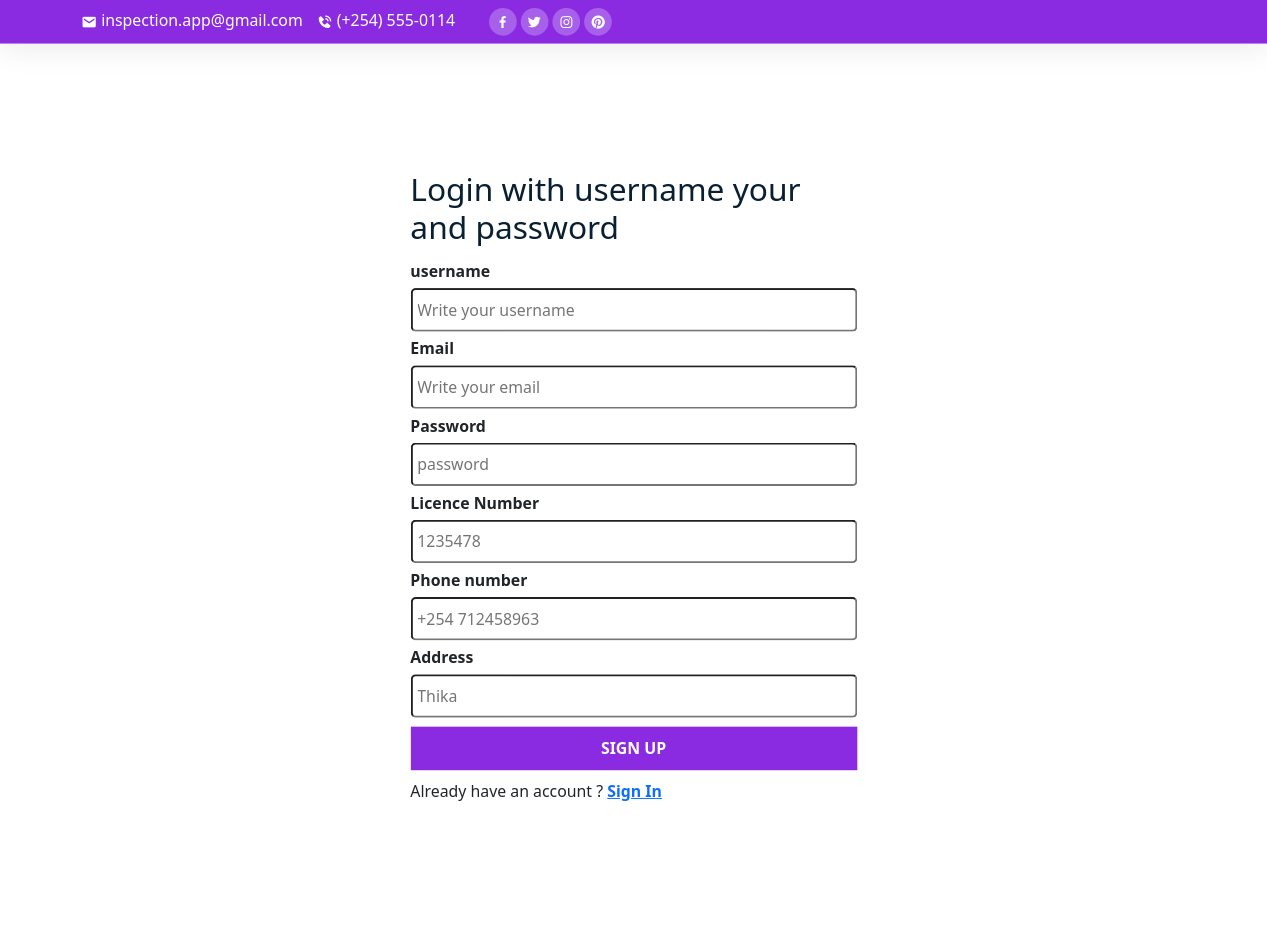
Repository: NDISHAW/Inspectionapp-rails
Page: public/signup.html
An editor plug-in stored every save of this project. The page is shown before and after the next save, followed by the edit.
The browser window is 1280 px wide. The pictures show the whole page, at 99% of full size.

Above is the page before, as saved 2022-10-09 04:46:45.

### public/signup.html
<!DOCTYPE html>
<html lang="en">
  <head>
    <meta charset="UTF-8" />
    <meta http-equiv="X-UA-Compatible" content="IE=edge" />
    <meta name="viewport" content="width=device-width, initial-scale=1.0" />
    <title>Sign up</title>
    <link rel="stylesheet" href="css/style.css">
    <link rel="stylesheet" href="css/bootstrap.min.css">
    <link rel="stylesheet" href="css/owl.carousel.min.css">
    <link rel="stylesheet" href="css/owl.theme.default.min.css">
    <link href='https://unpkg.com/boxicons@2.1.1/css/boxicons.min.css' rel='stylesheet'>

    <script src="/js/axios/dist/axios.min.js"></script>
  </head>
  <body data-bs-spy="scroll" data-bs-target=".navbar" data-bs-offset="70">


      <!-- TOP NAV -->
      <div class="top-nav navbar" id="home">
          <div class="container">
              <div class="row justify-content-between">
                  <div class="col-auto">
                      <p> <i class='bx bxs-envelope'></i> inspection.app@gmail.com</p>
                      <p> <i class='bx bxs-phone-call'></i> (+254) 555-0114</p>
                  </div>
                  <div class="col-auto social-icons">
                      <a href="#"><i class='bx bxl-facebook'></i></a>
                      <a href="#"><i class='bx bxl-twitter'></i></a>
                      <a href="#"><i class='bx bxl-instagram'></i></a>
                      <a href="#"><i class='bx bxl-pinterest'></i></a>
                  </div>
              </div>
          </div>
      </div>

    <section id="about">
      <div class="container">
        <div class="row justify-content-center">
          <div class="col-lg-5 py-5">
            <div class="row">
              <h2>Login with username your and password</h2>
              <div class="col-12">
      <!-- username  -->
      <div class="username">
        <label for="username">username</label>
        <input
          type="username"
          name="username"
          id="username"
          placeholder="Write your username"
        />
      </div>
      <!-- Email  -->
      <div class="email">
        <label for="email">Email</label>
        <input
          type="email"
          name="email"
          id="email"
          placeholder="Write your email"
        />
      </div>
      <!-- passWord -->
      <div class="pass">
        <label for="password">Password</label>
        <input
          type="password"
          name="password"
          id="password"
          placeholder="password"
        />
      </div>
      <!-- licence_no -->
      <div class="pass">
        <label for="licence_no">Licence Number</label>
        <input
          name="licence_no"
          id="licence_no"
          placeholder="1235478"
        />
      </div>

      <!-- phone -->
      <div class="pass">
        <label for="phone">Phone number</label>
        <input
          name="phone"
          id="phone"
          placeholder="+254 712458963"
        />
      </div>

      <!-- address -->
      <div class="pass">
        <label for="address">Address</label>
        <input
          type="address"
          name="address"
          id="address"
          placeholder="Thika"
        />
      </div>
      <!-- Rails button -->
      <!-- <button id="submit-btn" onclick="rails()">Rails test</button> -->
      <!-- Sign Up button -->
      <button id="submit-btn" onclick="signUp();">Sign Up</button>
      <!-- Sign In option -->
      <p>Already have an account ?</p>
      <span><a href="signIn.html">Sign In</a></span>
    </div>
    </div>
    </div>
    </section>
  </div>
    <script src="main.js"></script>
  </body>
</html>

### public/css/style.css
@import url('https://fonts.googleapis.com/css2?family=Barlow:wght@400;500;600;700&display=swap');

:root {
    --brand: blueviolet;
    --dark: #092032;
    --body: #516171;
    --border: rgba(0,0,0,0.08);
    --shadow: 0px 6px 30px rgba(0, 0, 0, 0.08);

}

body {
    font-family: "Barlow", sans-serif;
    color: var(--body);
    line-height: 1.7;
}

h1,h2,h3,h4,h5,h6,
.display-1,.display-2,.display-3,.display-4 {
    font-weight: 700;
    color: var(--dark);
}

.bg-cover {
    background-size: cover;
    background-position: center;
    background-repeat: no-repeat;
}

img {
    width: 100%;
}

a {
    color: var(--dark);
    transition: all 0.4s ease;
    font-weight: 500;
}

a:hover {
    color: var(--brand);
}

section {
    padding-top: 80px;
    padding-bottom: 80px;
}

.text-brand {
    color: var(--brand) !important;
}


.hero-slider .owl-prev,
.hero-slider .owl-next{
    background-color: rgba(255, 255, 255, 0.3) !important;
    width: 60px !important;
    height: 60px !important;
    display: block;
    display: grid;
    place-items: center;
    color: #fff !important;
    border-radius: 100px;
    line-height: 0;
    border-radius: 100px !important;
    position: absolute;
    top: 50%;
    font-weight: 600 !important;
    font-size: 12px !important;
    transition: all 0.4s ease;
    margin-top: -30px !important;
}

.owl-prev {
    left: 0;
}
.owl-next {
    right: 0;
}

.hero-slider .owl-prev:hover,
.hero-slider .owl-next:hover {
    background-color: var(--brand) !important;
}

.owl-dot.active span{
    background-color: var(--brand) !important;
}


 /* slide */
 .slide {
     min-height: 100vh;
     display: flex;
     align-items: center;
     justify-content: center;
     position: relative;
}

.slide1 {
    background: linear-gradient(rgba(0, 0, 0, 0.4), rgba(0, 0, 0, 0.4)), url(../img/mec2.jpg);
    background-size: cover;
    background-position: center;
    background-repeat: no-repeat;
}

.slide2 {
    background: linear-gradient(rgba(0, 0, 0, 0.4), rgba(0, 0, 0, 0.4)), url(../img/world3.jpg);
    background-size: cover;
    background-position: center;
    background-repeat: no-repeat;
}

.slide .display-3 {
    text-transform: uppercase;
    color: #fff;
}

/* navbar */
.top-nav {
    background-color: var(--brand);
    color: #fff;
    padding-top: 5px;
    padding-bottom: 5px;
}

.top-nav p {
    display: inline-block;
    margin-bottom: 0;
    margin-right: 10px;
}

.top-nav span,
.top-nav i {
    vertical-align: middle;
}

.navbar {
    box-shadow: var(--shadow);
}

.social-icons a {
    width: 28px;
    height: 28px;
    display: inline-flex;
    color: #fff;
    background-color: rgba(255, 255, 255, 0.25);
    text-decoration: none;
    align-items: center;
    justify-content: center;
    border-radius: 100px;
}

.social-icons a:hover {
    background-color: #fff;
    color: var(--brand);
}

.navbar .navbar-nav .nav-link {
    color: var(--dark);
}

.navbar .navbar-nav .nav-link:hover {
    color: var(--brand);
}

.navbar .navbar-nav .nav-link.active {
    color: var(--brand);
}

.navbar-brand {
    font-size: 28px;
    font-weight: 700;
}

.navbar-brand .dot {
    color: var(--brand);
}

.btn {
    padding: 8px 26px;
}

.btn-brand {
    border-color: var(--brand);
    background-color: var(--brand);
    color: #fff;
}

.btn-brand:hover {
    background-color: #d64022;
    border-color: #d64022;
    color: #fff;
}

.intro {margin-bottom: 36px;
text-align: center;}

.intro p {
    max-width: 500px;
}
.intro h6{
    color: var(--brand);
    font-weight: 400;
    text-transform: uppercase;
}

.intro h1 {
    margin-top: 15px;
    margin-bottom: 15px;
}

.info-box {
    align-items: center;
    display: flex;
}

.info-box img {
    width: 90px;
}


#milestone {
    background: linear-gradient(rgba(136, 42, 143, 0.85), rgba(48, 181, 123, 0.85)), url(../img/inspe.jpg);
    background-size: cover;
    background-position: center;
    background-repeat: no-repeat;
}

#milestone h1,
#milestone p {
    color: #fff;
}

.service {
    padding: 32px;
    background-color: #fff;
    box-shadow: var(--shadow);
}

.service h5 {
    margin-top: 24px;
    margin-bottom: 14px;
}

.service img {
    width: 90px;
}


.project {
    position: relative;
    overflow: hidden;
    z-index: 2;
}

.project h6 {
    font-weight: 400;
}

.project h6::before {
    content: "";
    height: 2px;
    width: 30px;
    display: inline-block;
    background: var(--brand);
    vertical-align: middle;
    margin-right: 10px;
}


.project .overlay {
    width: 100%;
    height: 220px;
    position: absolute;
    bottom: 0;
    left: 0;
    background: linear-gradient(180deg, rgba(255, 76, 41, 0) 0%, var(--dark) 100%);
}

.project .content {
    position: absolute;
    left: 10%;
    bottom: 10%
}

.project h2,
.project h6 {
    color: #fff;
}

.team-member {
    text-align: center;
}

.team-member .image{
    position: relative;
    z-index: 2;
    overflow: hidden;
}

.team-member .overlay {
    width: 100%;
    height: 100%;
    position: absolute;
    left: 0;
    top: -10%;
    background-color: rgba(255, 77, 41, 0.7);
    opacity: 0;
    transition: all 0.4s ease;
}

.team-member h5 {
    margin-top: 16px;
    margin-bottom: 4px;
}

.team-member .social-icons {
    position: absolute;
    top: 60%;
    left: 50%;
    transform: translate(-50%, -50%);
    z-index: 2;
    opacity: 0;
    transition: all 0.4s ease;
}

.team-member .social-icons a {
    width: 40px;
    height: 40px;
}

.team-member:hover .social-icons {
    top: 50%;
    opacity: 1;
}

.team-member:hover .overlay {
    top: 0%;
    opacity: 1;
}

#reviews {

    background: linear-gradient(-90deg, rgba(8, 32, 50, 0.8), rgba(8, 32, 50, 0.8)), url(../img/imago.jpg), #082032;;
    background-size: cover;
    background-position: center;
    background-repeat: no-repeat;
}

.review {
    text-align: center;
    z-index: 2;
    position: relative;
    margin: 15px;
    max-width: 768px;
    margin: auto;
}

.review .bxs-quote-alt-left {
    font-size: 120px;
    position: absolute;
    opacity: 0.1;
    left: 50%;
    top: 50%;
    transform: translate(-50%, -50%);
    color: #fff;
}

.review img {
    width: 80px !important;
    height: 80px;
    border-radius: 100px;
    margin: auto;
}

.review h5 {
    margin-top: 16px;
    margin-bottom: 4px;
    color: #fff;
}

.review h3 {
    margin-top: 26px;
    margin-bottom: 26px;
    font-size: 22px;
    color: #fff;
    font-weight: 400;
    line-height: 1.7;
}

.review small {
    color: var(--brand);
}

.review .stars {
    color: var(--brand);
}

.blog-post {
    position: relative;
    background-color: #fff;
    box-shadow: var(--shadow);
}

.blog-post .content {
    padding: 32px;
}

.blog-post a {
    position: absolute;
    top: 20px;
    left: 20px;
    background-color: var(--brand);
    padding: 2px 12px;
    border-radius: 100px;
    text-decoration: none;
    color: #fff;
}

.blog-post h5 {
    margin-top: 12px;
    margin-bottom: 12px;
}

.blog-post small {
    text-transform: uppercase;
    color: var(--brand);
    text-decoration: underline;
}

footer {
    background: linear-gradient(0deg, rgba(8, 32, 50, 0.9), rgba(8, 32, 50, 0.9)), url(../img/teammech.jpg), #082032;;
    background-size: cover;
    background-position: center;
    background-repeat: no-repeat;
}

footer .footer-top {
    padding-top: 80px;
    padding-bottom: 40px;
}

.footer-bottom {
    border-top: 1px solid rgba(255, 255, 255, 0.1);
    padding-bottom: 20px;
    padding-top: 20px;
}

footer .navbar-brand {
    color: #fff;
}

footer p {
    color: #ADB3B9;
}

footer .social-icons a {
    width: 50px;
    height: 50px;
    font-size: 20px;
    margin-left: 4px;
    margin-right: 4px;
}

.loader {
    min-height: 100vh;
    display: flex;
    align-items: center;
    justify-content: center;
    background-color: red;
    z-index: 99999;
    position: fixed;
    left: 0;
    right: 0;
}


input.form-control {
    border-color: transparent;
    height: 44px;
}

.form-control {
    background-color: rgba(0, 0, 0, 0.04);
    border-color: rgba(0, 0, 0, 0.04);;
}

.form-control:focus {
    box-shadow: none;
    border-color: var(--brand);
}
.form {
    width: 400px;
    border-radius: 5px;
    background-color: white;
    height:fit-content;
    padding: 5px 10px;
    background-color: #9633FF;
}
label {
    display: block;
    font-weight: bolder;
    margin: 5px 0px;
}

input {
    width: 100%;
    padding: 8px 5px;
    border-radius: 5px;
    margin-bottom: 10px;
}

#submit-btn {
    border: none;
    background-color: blueviolet;
    width: 100%;
    padding: 10px 8px;
    color: white;
    font-weight: bolder;
    text-transform: uppercase;
    cursor: pointer;
    margin: 9px 0px;
}

p {
    font-size: 16px;
    border-radius: 10px;
    cursor: pointer;
    display: inline-block;
}

a {
    text-decoration: none;
    font-weight: bolder;
}


/*@import url(https://fonts.googleapis.com/css?family=Roboto:400,300,500);*/
*:focus {
    outline: none;

}

### public/main.js
// // setting up firebase with our website
// const firebaseApp = firebase.initializeApp({
//         apiKey: "AIzaSyDF9DKF44fhzBzk5fZB5Mk4_21q4Ey2kxQ",
//         authDomain: "inspection-e4bf7.firebaseapp.com",
//         projectId: "inspection-e4bf7",
//         storageBucket: "inspection-e4bf7.appspot.com",
//         messagingSenderId: "94545597565",
//         appId: "1:94545597565:web:9e1d12415061541a4ecd14",
//         measurementId: "G-P207FELWW2"
//       });
// const db = firebaseApp.firestore();
// const auth = firebaseApp.auth();

// Sign up function
// function signUp(){
//     //DOM manupilation
//     const email = document.getElementById("email").value;
//     const password = document.getElementById("password").value;
//     const phone = document.getElementById("phone").value;
//     const licence_no = document.getElementById("licence_no").value;
//     const address = document.getElementById("address").value;
//     console.log(email, password)
//     // firebase code
//     firebase.auth().createUserWithEmailAndPassword(email, password)
//         .then((result) => {
//             // Signed in
//             document.write("You are Signed Up")
//             window.location = "dashboard.html";
//             console.log(result)
//             // ...
//         })
//         .catch((error) => {
//             console.log(error.code);
//             console.log(error.message)
//             // ..
//         });
// }




// Sign In function
// const username = document.getElementById("username").value;
// const password = document.getElementById("password").value;

function signIn() {
    const username = document.getElementById("username").value;
    const password = document.getElementById("password").value;
    // firebase code
    // firebase.auth().signInWithEmailAndPassword(email, password)
    axios
        .post("http://localhost:3000/api/login", {
            password: password,
            username: username,
            // phone: phone,
            // licence_no: licence_no,
            // address: address,
        })
        .then((result) => {
            // Signed in
            document.write("You are Signed In");
            // window.location = "form.html";
            window.location = "dashboard.html";

            console.log(result);
        })
        .catch((error) => {
            console.log(error.code);
            console.log(error.message);
        });
}

function signUp() {
  const username = document.getElementById("username").value;
  const email = document.getElementById("email").value;
  const password = document.getElementById("password").value;const phone = document.getElementById("phone").value;const licence_no = document.getElementById("licence_no").value;const address = document.getElementById("address").value;
  // firebase code
  // firebase.auth().signInWithEmailAndPassword(email, password)
  axios
    .post("http://localhost:3000/api/signup", {
      username: username,
      password: password,
      phone: phone,
      licence_no: licence_no,
      address: address,
      email: email,
    })
    .then((result) => {
      // Signed in
      document.write("You are Signed Up");
      // window.location = "form.html";
      window.location = "dashboard.html";

      console.log(result);
    })
    .catch((error) => {
      console.log(error.code);
      console.log(error.message);
    });
}

Loaded but not shown: public/css/bootstrap.min.css (library); public/css/owl.carousel.min.css (library); public/css/owl.theme.default.min.css (common file); public/js/axios/dist/axios.min.js (library)

After the next save:
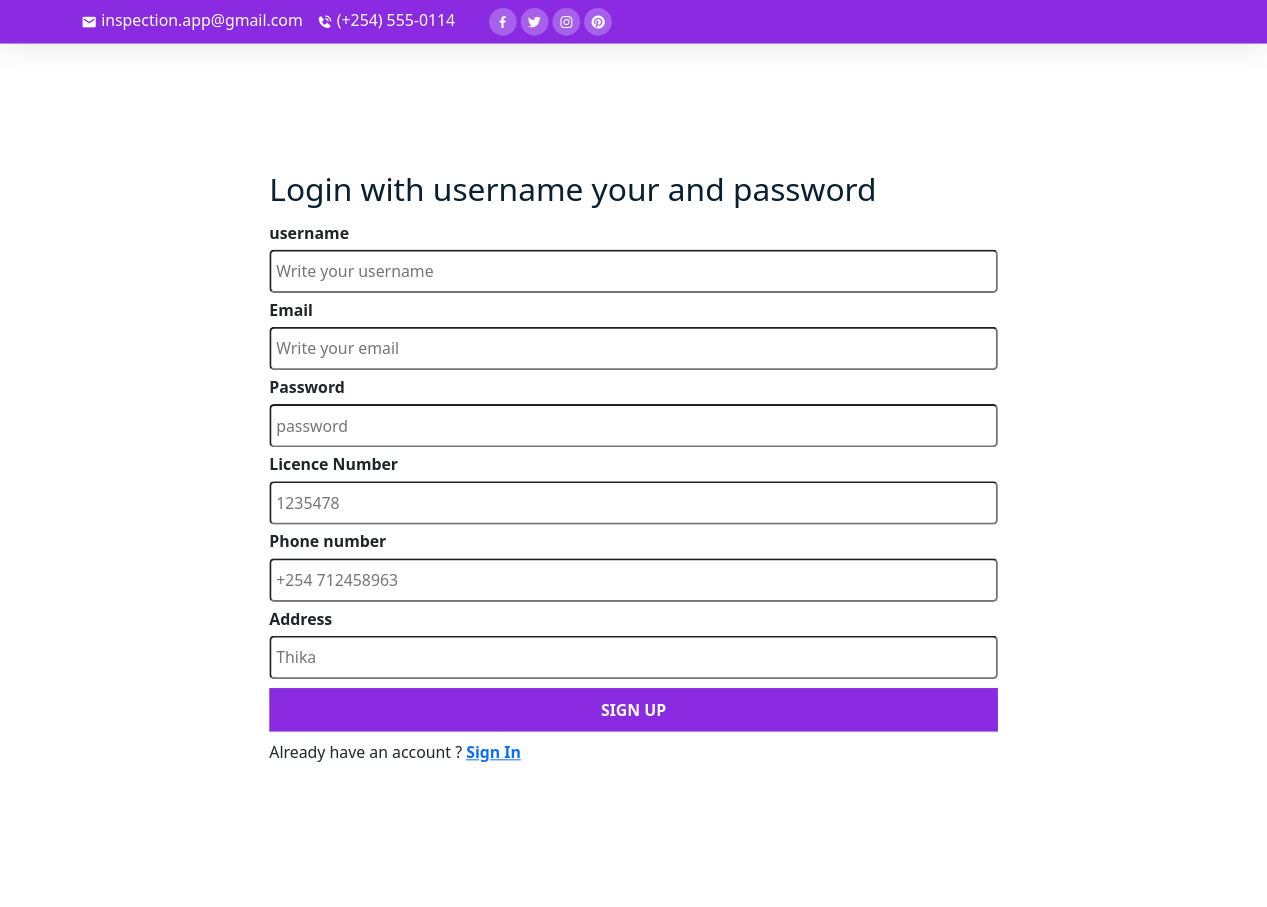
Saved 7 s later.
--- a/public/signup.html
+++ b/public/signup.html
@@ -37,7 +37,7 @@
     <section id="about">
       <div class="container">
         <div class="row justify-content-center">
-          <div class="col-lg-5 py-5">
+          <div class="col-lg-8 py-5">
             <div class="row">
               <h2>Login with username your and password</h2>
               <div class="col-12">
